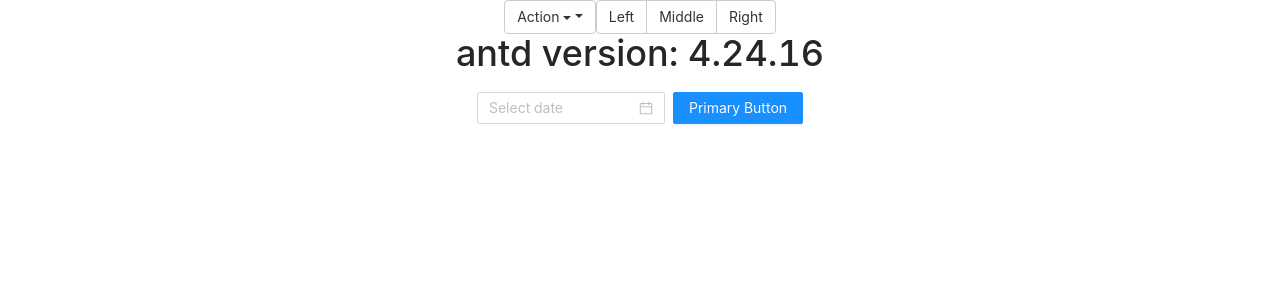
Repository: busiui/react
Page: /
These files come from the project's save history. The page is drawn as it stood at one moment and after the next save; the edit follows.
The browser window is 1280 px wide. The pictures show the whole page.
The project was rebuilt for these pictures with package versions that can differ from the ones it lists, and the page was loaded fresh each time.

Above is the page before, as saved 2020-03-17 09:43:56.

After the next save:
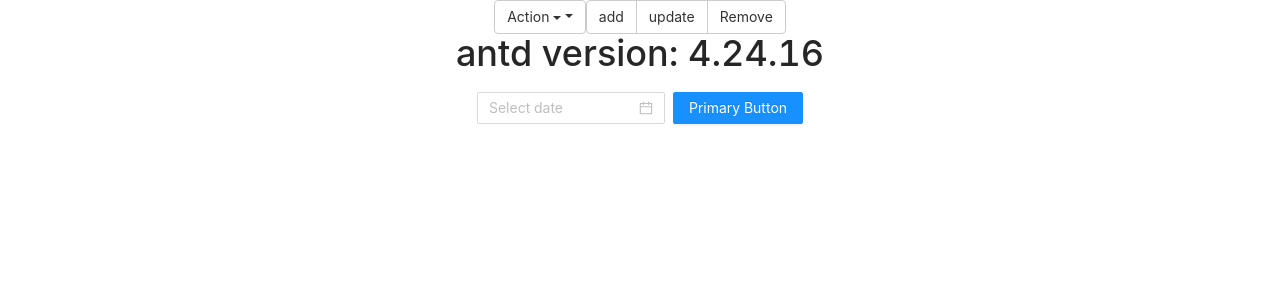
Saved 78 s later.
--- a/src/App.js
+++ b/src/App.js
@@ -22,9 +22,9 @@
         </ul>
       </div>
       <div class="btn-group" role="group" aria-label="...">
-        <button type="button" class="btn btn-default">Left</button>
-        <button type="button" class="btn btn-default">Middle</button>
-        <button type="button" class="btn btn-default">Right</button>
+        <button type="button" class="btn btn-default add" >add</button>
+        <button type="button" class="btn btn-default update">update</button>
+        <button type="button" class="btn btn-default Remove">Remove</button>
       </div>
       {/* <Link  to="/home"/> */}
     </div>
